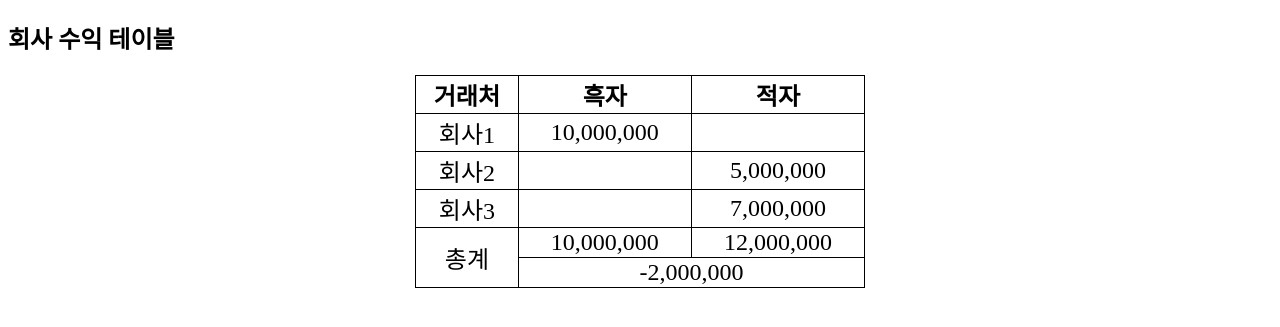
Repository: guswnsdldl/gb
Page: html workspace/f_table/src/main/webapp/span-task02.html
These files come from the project's save history. The page is drawn as it stood at one moment and after the next save; the edit follows.
The browser window is 1280 px wide. The pictures show the whole page.

Above is the page before, as saved 2024-08-06 03:18:52.

After the next save:
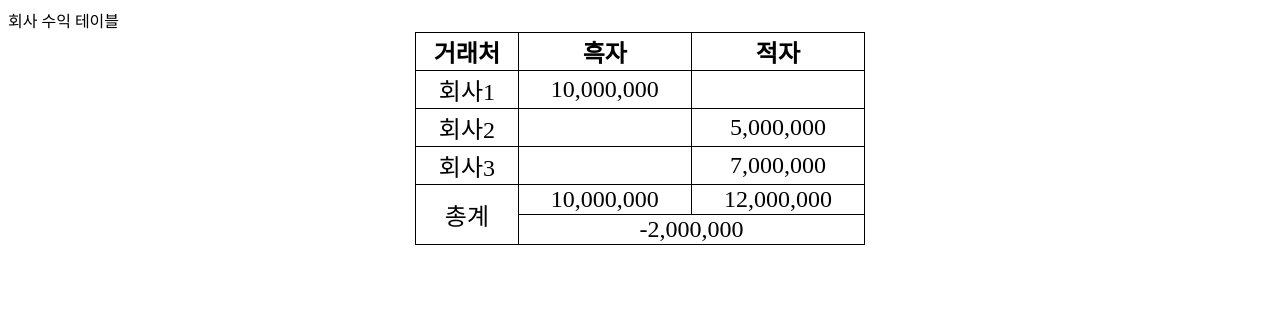
Saved 5 min 59 s later.
--- a/html workspace/f_table/src/main/webapp/span-task02.html
+++ b/html workspace/f_table/src/main/webapp/span-task02.html
@@ -16,9 +16,8 @@
 </head>
 <body>
 
-
+<caption>회사 수익 테이블</caption>
 <table>
-<h2>회사 수익 테이블</h2>
  		<tr>
         <th>거래처</th>
          <th>흑자</th>
